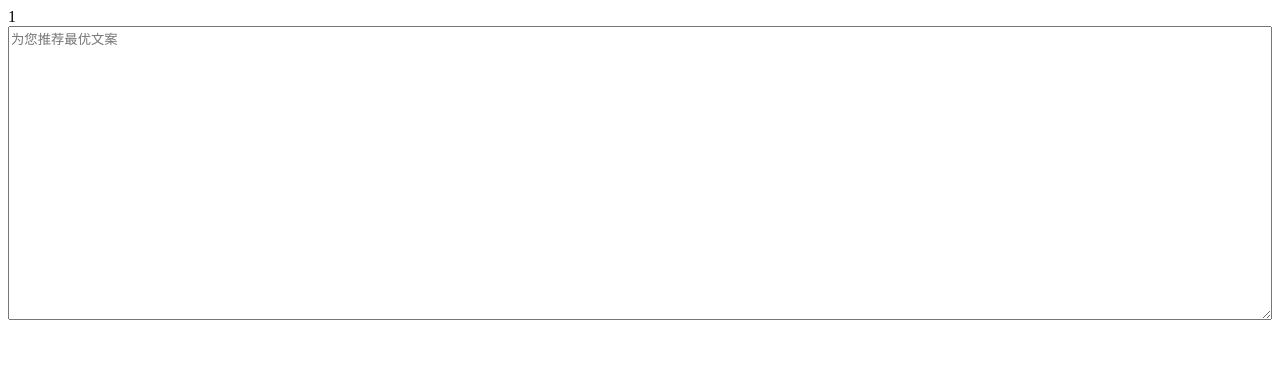
Repository: haohongyang1/cloud-music
Page: /
An editor plug-in stored every save of this project. The page is shown before and after the next save, followed by the edit.
The browser window is 1280 px wide. The pictures show the whole page.
The page's requests for data from a server got no answer. The project was rebuilt for these pictures with package versions that can differ from the ones it lists, and the page was loaded fresh each time. No one was signed in, and anything a server would have sent is missing.

Above is the page before, as saved 2023-07-10 14:02:52.

After the next save:
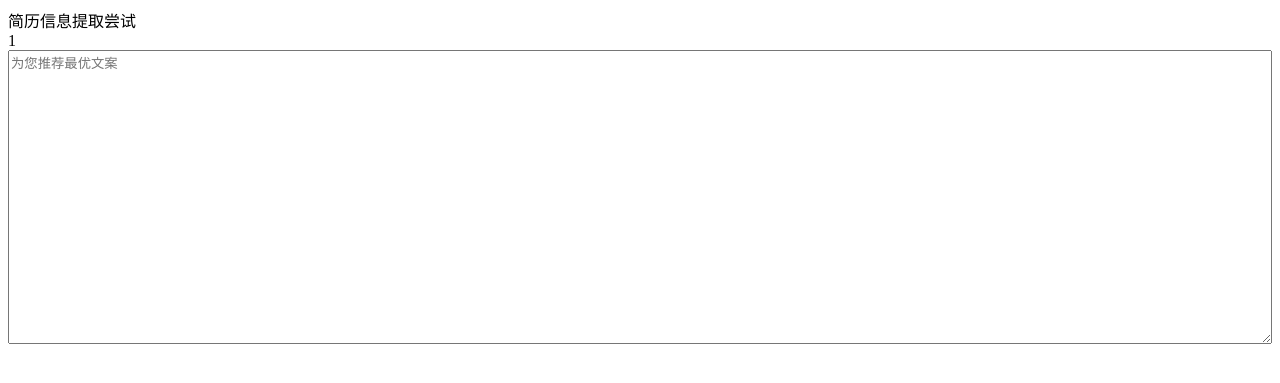
Saved 17 min 59 s later.
--- a/src/App.js
+++ b/src/App.js
@@ -4,8 +4,10 @@ import AnswerFromGpt from './components/AnswerFromGpt';
 function App() {
   return (
     <div className="App">
+      <div>简历信息提取尝试</div>
       <div>1</div>
       <AnswerFromGpt></AnswerFromGpt>
+
     </div>
   );
 }
